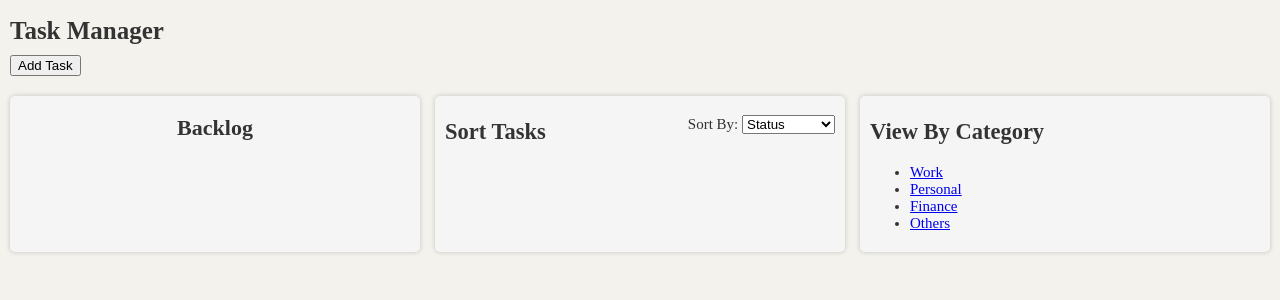
Repository: n-shen/task-tracker
Page: / (app in frontend/)
These files come from the project's save history. The page is drawn as it stood at one moment and after the next save; the edit follows.
The browser window is 1280 px wide. The pictures show the whole page.
The project was rebuilt for these pictures with package versions that can differ from the ones it lists, and the page was loaded fresh each time. Also part of the build but not shown: frontend/src/components/taskManager/addTask.jsx, frontend/src/components/tasks/task.jsx, frontend/src/components/taskManager/categoryTasks.jsx. Imported but missing from the stored project, and not drawn on this page: frontend/src/reportWebVitals.

Above is the page before, as saved 2023-04-20 14:09:53.

### frontend/public/index.html
<!DOCTYPE html>
<html lang="en">
  <head>
    <meta charset="utf-8" />
    <link rel="icon" href="%PUBLIC_URL%/favicon.ico" />
    <meta name="viewport" content="width=device-width, initial-scale=1" />
    <meta name="theme-color" content="#000000" />
    <meta
      name="description"
      content="Web site created using create-react-app"
    />
    <link rel="apple-touch-icon" href="%PUBLIC_URL%/logo192.png" />
    <!--
      manifest.json provides metadata used when your web app is installed on a
      user's mobile device or desktop. See https://developers.google.com/web/fundamentals/web-app-manifest/
    -->
    <link rel="manifest" href="%PUBLIC_URL%/manifest.json" />
    <!--
      Notice the use of %PUBLIC_URL% in the tags above.
      It will be replaced with the URL of the `public` folder during the build.
      Only files inside the `public` folder can be referenced from the HTML.

      Unlike "/favicon.ico" or "favicon.ico", "%PUBLIC_URL%/favicon.ico" will
      work correctly both with client-side routing and a non-root public URL.
      Learn how to configure a non-root public URL by running `npm run build`.
    -->
    <title>Task Tracker App</title>
  </head>
  <body>
    <noscript>You need to enable JavaScript to run this app.</noscript>
    <div id="root"></div>
    <!--
      This HTML file is a template.
      If you open it directly in the browser, you will see an empty page.

      You can add webfonts, meta tags, or analytics to this file.
      The build step will place the bundled scripts into the <body> tag.

      To begin the development, run `npm start` or `yarn start`.
      To create a production bundle, use `npm run build` or `yarn build`.
    -->
  </body>
</html>

### frontend/src/index.js
import React from "react";
import ReactDOM from "react-dom/client";
import "./styles/index.css";
import App from "./App";
import reportWebVitals from "./reportWebVitals";
import { BrowserRouter } from "react-router-dom";

const root = ReactDOM.createRoot(document.getElementById("root"));
root.render(
  <React.StrictMode>
    <BrowserRouter>
      <App />
    </BrowserRouter>
  </React.StrictMode>
);

// If you want to start measuring performance in your app, pass a function
// to log results (for example: reportWebVitals(console.log))
// or send to an analytics endpoint. Learn more: https://bit.ly/CRA-vitals
reportWebVitals();

### frontend/src/styles/index.css
body {
  margin: 0;
  font-family: -apple-system, BlinkMacSystemFont, 'Segoe UI', 'Roboto', 'Oxygen',
    'Ubuntu', 'Cantarell', 'Fira Sans', 'Droid Sans', 'Helvetica Neue',
    sans-serif;
  -webkit-font-smoothing: antialiased;
  -moz-osx-font-smoothing: grayscale;
  background-color: #f2f5f5;
}

code {
  font-family: source-code-pro, Menlo, Monaco, Consolas, 'Courier New',
    monospace;
}

html {
  font-size: 62.5%;
}

### frontend/src/App.js
import React from "react";
import TaskManager from "./components/taskManager/manager";


function App() {
  return (
    <div className="App">
      <TaskManager />
    </div>
  );
}

export default App;

### frontend/src/components/taskManager/manager.jsx
import React, { useState, useEffect } from "react";
import AddTaskForm from "./addTask";
import TaskList from "../tasks/taskLists";
import SortTasks from "./sortTasks";
import ViewByCategory from "./viewByCategory";
import CategoryTask from "./categoryTasks";
import { Routes, Route } from "react-router-dom";
import "../../styles/manager.css";

const TaskManager = () => {
  const [tasks, setTasks] = useState(
    JSON.parse(localStorage.getItem("tasks")) || []
  );
  const [showAddTask, setShowAddTask] = useState(false);

  useEffect(() => {
    localStorage.setItem("tasks", JSON.stringify(tasks));
  }, [tasks]);

  const handleAddTask = (task) => {
    setTasks([...tasks, task]);
    setShowAddTask(false);
  };

  const handleShowAddTask = () => {
    setShowAddTask(true);
  };

  const handleHideAddTask = () => {
    setShowAddTask(false);
  };

  const handleDeleteTask = (index) => {
    const newTasks = [...tasks];
    newTasks.splice(index, 1);
    setTasks(newTasks);
  };

  const handleEditTask = (index, newTask) => {
    const newTasks = [...tasks];
    newTasks[index] = newTask;
    setTasks(newTasks);
  };

  return (
    <div className="taskManager">
      <div className="taskManager--wrapper">
        <h1 className="taskManager--title">Task Manager</h1>
          <div className="taskManager--addTask">
            <div className="taskManager--addTask__btn">
              <button onClick={handleShowAddTask} className="addTask-btn">
                Add Task
              </button>
            </div>
            <div className="taskManager--addTask__container">
              {showAddTask && (
                <AddTaskForm
                  onAdd={handleAddTask}
                  onHideAddTask={handleHideAddTask}
                />
              )}
            </div>
          </div>
          <div className="taskManager--grid">
          <div className="taskManager--taskList">
            <TaskList
              tasks={tasks}
              onDelete={handleDeleteTask}
              onEdit={handleEditTask}
            />
          </div>
          <div className="taskManager--sort">
            <SortTasks tasks={tasks} />
          </div>
          <div className="taskManager--view">
            <Routes>
              <Route path="/" element={<ViewByCategory tasks={tasks} />} />
              <Route
                path="/category/:category"
                element={<CategoryTask tasks={tasks} />}
              />
            </Routes>
          </div>
        </div>
      </div>
    </div>
  );
};

export default TaskManager;

### frontend/src/components/tasks/taskLists.jsx

import React from "react";
import Task from "./task";
import "../../styles/taskList.css";

const TaskList = ({ tasks, onDelete, onEdit }) => {
  return (
    <div className="taskList">
      <h1 className="taskList--head">Backlog</h1>
      {tasks.map((task, index) => (
        <Task
          key={index}
          index={index}
          task={task}
          onDelete={onDelete}
          onEdit={onEdit}
        />
      ))}
    </div>
  );
};

export default TaskList;

### frontend/src/components/taskManager/sortTasks.jsx
import { React, useState } from "react";
import "../../styles/sortTasks.css";

const SortTask = ({ tasks }) => {
  const [sortBy, setSortBy] = useState("status");

  const sortedTasks =
    tasks?.slice().sort((a, b) => {
      switch (sortBy) {
        case "title":
          return a.title.localeCompare(b.title);
        case "status":
          return a.status.localeCompare(b.status);
        case "dateAdded":
          return new Date(a.dateAdded) - new Date(b.dateAdded);
        case "dueDate":
          return new Date(a.dueDate) - new Date(b.dueDate);
        case "category":
          return a.category.localeCompare(b.category);
        default:
          return 0;
      }
    }) || [];

  const handleSortBy = (e) => {
    setSortBy(e.target.value);
  };

  return (
    <div className="sort">
      <h2 className="sort--head">Sort Tasks</h2>
      <div className="sort--wrapper">
        <div className="sort--select">
          <label htmlFor="sort" className="sort--label">
            Sort By:{" "}
          </label>
          <select name="sort" value={sortBy} onChange={handleSortBy}>
            <option value="title" className="sort--option">
              Title
            </option>
            <option value="status" className="sort--option">
              Status
            </option>
            <option value="dateAdded" className="sort--option">
              Date Added
            </option>
            <option value="dueDate" className="sort--option">
              Due Date
            </option>
          </select>
        </div>
        <div>
          <ul className="sort--lists">
            {sortedTasks.map((task, index) => (
              <li key={index} className="sort--list">
                <p className="sort--list__item">{task.title}</p>
                <p className="sort--list__item">{task.description}</p>
                <p className="sort--list__item">Status: {task.status}</p>
                <p className="sort--list__item">Date Added: {task.dateAdded}</p>
                <p className="sort--list__item">Due Date: {task.dueDate}</p>
                <p className="sort--list__item">Category: {task.category}</p>
              </li>
            ))}
          </ul>
        </div>
      </div>
    </div>
  );
};

export default SortTask;

### frontend/src/components/taskManager/viewByCategory.jsx
import React from "react";
import { Link, useParams } from "react-router-dom";

const ViewByCategory = ({ tasks }) => {
  const categories = ["Work", "Personal", "Finance", "Others"];
  const { category } = useParams();

  const tasksByCategory = (category) => {
    return tasks.filter((task) => task.category === category);
  };

  return (
    <div>
      <h2>View By Category</h2>
      <ul>
        {categories.map((categoryName) => (
          <li key={categoryName}>
            <Link to={`/category/${categoryName}`}>
              {categoryName}
            </Link>
          </li>
        ))}
      </ul>
      {category && (
        <div>
          <h3>{category}</h3>
          <ul>
            {tasksByCategory(category).map((task, index) => (
              <li key={index}>
                <div>Title: {task.title}</div>
                <div>Description: {task.description}</div>
                <div>Status: {task.status}</div>
                <div>Due Date: {task.dueDate}</div>
                <div>Category: {task.category}</div>
              </li>
            ))}
          </ul>
        </div>
      )}
    </div>
  );
};

export default ViewByCategory;

### frontend/src/styles/manager.css
.taskManager {
    background-color: #f3f2ed;
    width: 100%;
    min-height: 100vh;
    display: flex;
    flex-direction: column;
    font-family: 'Fira Sans';
    font-size: 1.5rem;
    font-weight: 400;
    color: #333;
}

.taskManager--wrapper {
    padding: 0 1rem;
}

.taskManager--title {
    font-size: 2.5rem;
    font-weight: 700;
    margin-bottom: 1rem;
}

.taskManager--grid {
    display: grid;
    grid-template-columns: repeat(3, minmax(min-content, 1fr));
    grid-gap: 1.5rem;
    width: 100%;
    padding: 2rem 0;
}

.taskManager--grid > div {
    background-color: 	#F5F5F5;
    border-radius: 0.5rem;
    padding: .5rem 1rem;
    box-shadow: 0 0 0.5rem rgba(0, 0, 0, 0.2);
}

### frontend/src/styles/taskList.css
.taskList {
  display: flex;
  flex-direction: column;
  align-items: flex-start;
  width: 100%;
  height: 100%;
}

.taskList--head {
  align-self: center;
  font-size: 2.2rem;
  font-weight: 700;
}

.task {
  display: flex;
  flex-direction: column;
  align-items: flex-start;
  width: 100%;
  height: 100%;
  margin-bottom: 1rem;
}

.task--wrapper {
  display: flex;
  flex-direction: column;
  align-items: center;
  width: 100%;
  height: 100%;
  border-radius: 0.5rem;
  box-shadow: 0 0 0.5rem rgba(0, 0, 0, 0.2);
}

.task--item {
  display: flex;
  justify-content: center;
  align-items: center;
  width: 70%;
  height: 100%;
  border-bottom: 1px solid #00bfff;
  padding-bottom: 1rem;
  font-size: 1.3rem;
}

strong {
  font-weight: 700;
  margin-right: .5rem;
}

.task--item:last-child {
  border-bottom: none;
}

.task--btns {
  display: flex;
  justify-content: center;
  align-items: center;
  gap: 2rem;
  width: 100%;
  height: 100%;
  padding: 1rem;
}

.task--btn {
  border-radius: 1rem;
  background-color: #00bfff;
  color: #F5F5F5;
  font-size: 1.2rem;
  cursor: pointer;
  padding: 0.5rem 1rem;
  border: none;
  outline: none;
}

.task--btn:hover {
  color: #00bfff;
  background-color: #f3f2ed;
}

### frontend/src/styles/sortTasks.css
.sort {
  display: flex;
  justify-content: space-between;
  align-items: center;
  margin: 0 0 10px 0;
}

After the next save:
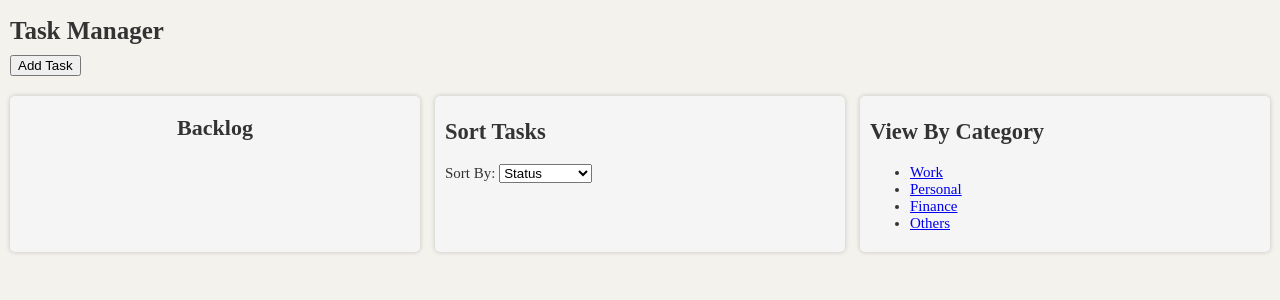
Saved 21 s later.
--- a/frontend/src/styles/sortTasks.css
+++ b/frontend/src/styles/sortTasks.css
@@ -1,6 +1,7 @@
 .sort {
   display: flex;
-  justify-content: space-between;
-  align-items: center;
-  margin: 0 0 10px 0;
+  flex-direction: column;
+  align-items: flex-start;
+  width: 100%;
+  height: 100%;
 }
